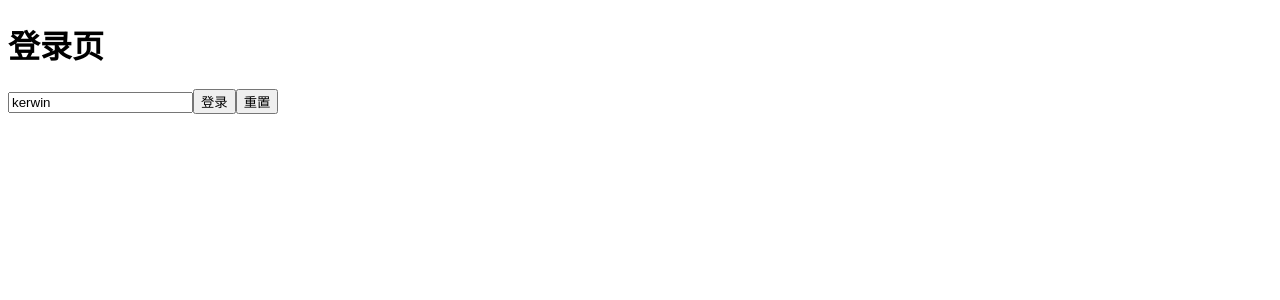
Repository: ysl200/111
Page: / (app in react/frontend/)
These files come from the project's save history. The page is drawn as it stood at one moment and after the next save; the edit follows.
The browser window is 1280 px wide. The pictures show the whole page.
The project was rebuilt for these pictures with package versions that can differ from the ones it lists, and the page was loaded fresh each time.

Above is the page before, as saved 2024-01-03 11:01:04.

After the next save:
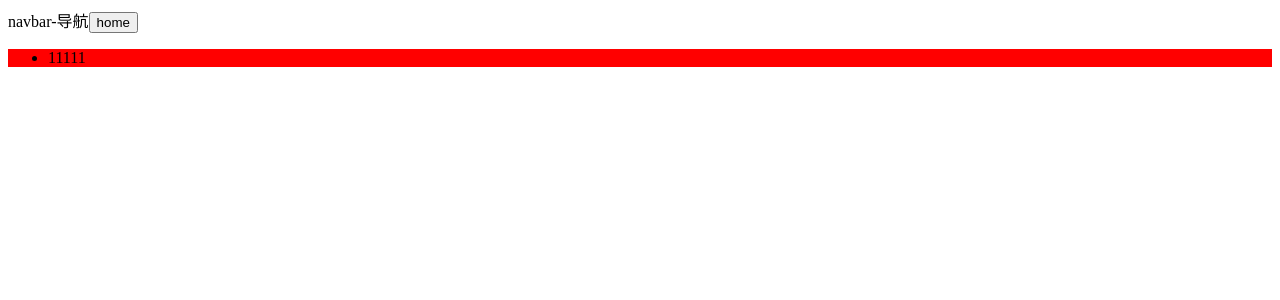
Saved 82 s later.
--- a/react/frontend/src/index.js
+++ b/react/frontend/src/index.js
@@ -1,47 +1,44 @@
 import React, { Component } from "react";
 import { createRoot } from 'react-dom/client';
 
+// 父组件
 class App extends Component {
-    // myusername = React.createRef()
-    state = {
-      username: "kerwin",
-    };
     render() {
       return (
         <div>
-          <h1>登录页</h1>
-          <input
-            type="text"
-            value={this.state.username}
-            onChange={(evt) => {
-              console.log("onChange", evt.target.value);
+          {/* 类组件 */}
+          <Navbar title="导航"></Navbar>
 
-              this.setState({
-                username: evt.target.value,
-              });
-            }}
-          />
-
-          <button
-            onClick={() => {
-              console.log(this.state.username);
-            }}
-          >
-            登录
-          </button>
-          <button
-            onClick={() => {
-              this.setState({
-                username: "",
-              });
-            }}
-          >
-            重置
-          </button>
-          {/* <Child myvalue={this.state.username}/> */}
+          {/* 函数式组件 */}
+          <Sidebar bg="red" position="left"></Sidebar>
         </div>
       );
     }
+  }
+  //  子组件class
+  class Navbar extends Component {
+    //属性是父组件传来的，this.props
+    render() {
+      // console.log(this.props)
+      let { title, leftshow } = this.props;
+      return (
+        <div>
+          {leftshow && <button>返回</button>}
+          navbar-{title}
+          <button>home</button>
+        </div>
+      );
+    }
+  }
+  // 函数组件
+  function Sidebar(props) {
+    return (
+      <div style={{ background: props.bg }}>
+        <ul>
+          <li>11111</li>
+        </ul>
+      </div>
+    );
   }
 
 const container = document.getElementById('root');
